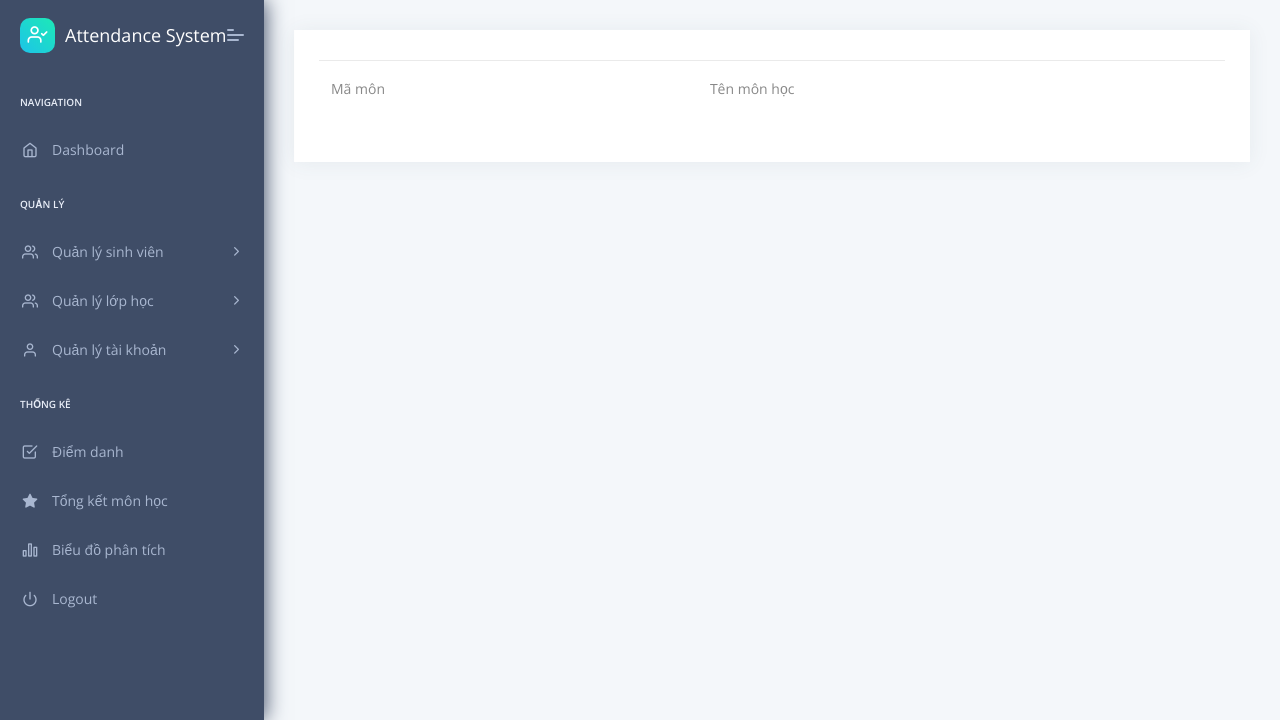
Repository: nguyen-tien-tai12112001/Python_Face_Recognition_Attendance
Page: apps/templates/home/teacher/list-teacher.html
These files come from the project's save history. The page is drawn as it stood at one moment and after the next save; the edit follows.
The browser window is 1280 px wide. The pictures show the whole page.
The template is drawn by Flask 3. The application's start-up code is not run. Other server files are loaded and not shown. The template is opened directly, without the code that normally fills it, so the values that code supplies are empty.

Above is the page before, as saved 2022-02-28 11:49:49.

### apps/templates/home/teacher/list-teacher.html

{% extends "layouts/base-admin.html" %}

{% block title %} List Student {% endblock %}

<!-- Specific CSS goes HERE -->
{% block stylesheets %}{% endblock stylesheets %}

{% block content %}

<div class="pcoded-content">
    <div class="pcoded-inner-content">

        <div class="main-body">
            <div class="page-wrapper">
                <!-- [ Main Content ] start -->
                <div class="row">

                    <!-- [ stiped-table ] start -->
                    <div class="col-xl-12">
                        <div class="card">

                            <div class="card-block table-border-style">
                                <div class="table-responsive">
                                    <table class="table table-striped">
                                        <thead>
                                            <td>Mã môn</td>
                                           <td>Tên môn học</td>


                                        </thead>
                                        {% for row in rows %}
                                        <tr>
                                            <td>{{ row.id }}</td>
                                            <td>{{ row.name }}</td>
                                            <td class="row">

                                                <div class="i-block" data-clipboard-text="feather icon-edit" data-filter="feather icon-edit"  data-toggle="tooltip" title="Edit">
                                                    <a href="/edit_student/{{ row.msv }}" class="feather icon-edit"></a>
                                                </div>|
                                                <div class="i-block" data-clipboard-text="feather icon-delete" data-filter="feather icon-delete"  data-toggle="tooltip" title="Delete">
                                                    <a style="color: maroon;" href="/delete_student/{{ row.msv }}" class="feather icon-delete"></a>
                                                </div>
                                        </tr>
                                     {% endfor %}
                                         </tbody>
                                     </table>

                                </div>
                            </div>
                        </div>
                    </div>
                    <!-- [ stiped-table ] end -->
                </div>
                <!-- [ Main Content ] end -->
            </div>
        </div>
    </div>
</div>

{% endblock content %}

<!-- Specific Page JS goes HERE  -->
{% block javascripts %}{% endblock javascripts %}

### apps/templates/layouts/base-admin.html
<!DOCTYPE html>
<html lang="en">

<head>
    <title>
        Attendance System - {% block title %}{% endblock %}
    </title>
    <!-- HTML5 Shim and Respond.js IE10 support of HTML5 elements and media queries -->
    <!-- WARNING: Respond.js doesn't work if you view the page via file:// -->
    <!--[if lt IE 10]>
		<script src="https://oss.maxcdn.com/libs/html5shiv/3.7.0/html5shiv.js"></script>
		<script src="https://oss.maxcdn.com/libs/respond.js/1.4.2/respond.min.js"></script>
		<![endif]-->
    <!-- Meta -->
    <meta charset="utf-8">
    <meta name="viewport" content="width=device-width, initial-scale=1.0, user-scalable=0, minimal-ui">
    <meta http-equiv="X-UA-Compatible" content="IE=edge" />
    <link rel="canonical" href="https://appseed.us/admin-dashboards/flask-dashboard-dattaable">

    <meta name="description" content="Datta Able Bootstrap admin template made using Bootstrap 4 and it has huge amount of ready made feature, UI components, pages which completely fulfills any dashboard needs." />
    <meta name="keywords" content="admin templates, bootstrap admin templates, bootstrap 4, dashboard, dashboard templets, sass admin templets, html admin templates, responsive, bootstrap admin templates free download,premium bootstrap admin templates, datta able, datta able bootstrap admin template, free admin theme, free dashboard template"/>
    <meta name="author" content="CodedThemes"/>

    <!-- Favicon icon -->
    <link rel="icon" href="/static/assets/images/favicon.ico" type="image/x-icon">
    <!-- fontawesome icon -->
    <link rel="stylesheet" href="/static/assets/fonts/fontawesome/css/fontawesome-all.min.css">
    <!-- animation css -->
    <link rel="stylesheet" href="/static/assets/plugins/animation/css/animate.min.css">
    <!-- vendor css -->
    <link rel="stylesheet" href="/static/assets/css/style.css">

    <!-- Specific CSS goes HERE -->
    {% block stylesheets %}{% endblock stylesheets %}

</head>

<body>

    <!-- [ Pre-loader ] start -->
    <div class="loader-bg">
        <div class="loader-track">
            <div class="loader-fill"></div>
        </div>
    </div>

    <!-- Top Bar -->
    {% include 'includes/navigation.html' %}

    <!-- SideBar -->
    {% include 'includes/sidebar-admin.html' %}

    <div class="pcoded-main-container">
        <div class="pcoded-wrapper">

            {% block content %}{% endblock content %}

        </div>
    </div>

    {% include 'includes/scripts.html' %}

    <!-- Specific Page JS goes HERE  -->
    {% block javascripts %}{% endblock javascripts %}

</body>
</html>

### apps/templates/includes/sidebar-admin.html

    <nav class="pcoded-navbar">
        <div class="navbar-wrapper">
            <div class="navbar-brand header-logo">
                <a target="_blank"
                   href="https://appseed.us/admin-dashboards/flask-datta-able" class="b-brand">
                    <div class="b-bg">
                        <i class="feather icon-user-check"></i>
                    </div>
                    <span class="b-title">Attendance System</span>
                </a>
                <a class="mobile-menu" id="mobile-collapse" href="javascript:"><span></span></a>
            </div>
            <div class="navbar-content scroll-div">
                <ul class="nav pcoded-inner-navbar">
                    <li class="nav-item pcoded-menu-caption">
                        <label>Navigation</label>
                    </li>
                    <li data-username=""
                        class="nav-item {% if 'index' in segment %} active {% endif %}">
                        <a href="/index" class="nav-link "><span class="pcoded-micon"><i class="feather icon-home"></i></span><span class="pcoded-mtext">Dashboard</span></a>
                    </li>
                    <li class="nav-item pcoded-menu-caption">
                        <label>Quản lý</label>
                    </li>
                    <li data-username="" class="nav-item pcoded-hasmenu">
                        <a href="javascript:" class="nav-link "><span class="pcoded-micon"><i class="feather icon-users"></i></span><span class="pcoded-mtext">Quản lý sinh viên</span></a>
                        <ul class="pcoded-submenu">
                            <li class=""><a href="/list-student.html" class="">Danh sách sinh viên</a></li>
                            <li class=""><a href="/add-student.html" class="">Thêm sinh viên mới</a></li>

                        </ul>
                    </li>

                    <li data-username="" class="nav-item pcoded-hasmenu">
                        <a href="javascript:" class="nav-link "><span class="pcoded-micon"><i class="feather icon-users"></i></span><span class="pcoded-mtext">Quản lý lớp học</span></a>
                        <ul class="pcoded-submenu">
                            <li class=""><a href="/list-student.html" class="">Danh sách lớp học</a></li>
                            <li class=""><a href="/add-student.html" class="">Thêm sinh viên mới</a></li>

                        </ul>
                    </li>



                    <li data-username="" class="nav-item pcoded-hasmenu">
                        <a href="javascript:" class="nav-link "><span class="pcoded-micon"><i class="feather icon-user"></i></span><span class="pcoded-mtext">Quản lý tài khoản</span></a>
                        <ul class="pcoded-submenu">
                            <li class=""><a href="/list-user" class="">Danh sách tài khoản</a></li>
                            <li class=""><a href="/register.html" class="">Thêm tài khoản mới</a></li>

                        </ul>
                    </li>
                    <li class="nav-item pcoded-menu-caption">
                        <label>Thống kê</label>
                    </li>
                    <li data-username="Table bootstrap datatable footable"
                        class="nav-item {% if 'attendance_check' in segment %} active {% endif %}">
                        <a href="/attendance_check" class="nav-link "><span class="pcoded-micon"><i class="feather icon-check-square"></i></span><span class="pcoded-mtext">Điểm danh</span></a>
                    </li>

                    <li data-username="Table bootstrap datatable footable"
                        class="nav-item {% if 'summany_study' in segment %} active {% endif %}">
                        <a href="/summany_study" class="nav-link "><span class="pcoded-micon"><i class="feather icon-star-on"></i></span><span class="pcoded-mtext">Tổng kết môn học</span></a>
                    </li>
                    <li data-username="Table bootstrap datatable footable"
                        class="nav-item {% if 'chart_analysis' in segment %} active {% endif %}">
                        <a href="/chart_analysis" class="nav-link "><span class="pcoded-micon"><i class="feather icon-bar-chart-2"></i></span><span class="pcoded-mtext">Biểu đồ phân tích</span></a>
                    </li>
                    <li data-username="Disabled Menu" class="nav-item">
                        <a href="{{ url_for('authentication_blueprint.logout') }}" class="nav-link">
                            <span class="pcoded-micon"><i class="feather icon-power"></i></span><span class="pcoded-mtext">Logout</span>
                        </a>
                    </li>
                </ul>
            </div>
        </div>
    </nav>

Loaded but not shown: apps/templates/includes/navigation.html (common file); apps/templates/includes/scripts.html (common file); apps/static/assets/fonts/fontawesome/css/fontawesome-all.min.css (library); apps/static/assets/plugins/animation/css/animate.min.css (library); apps/static/assets/css/style.css (library); apps/static/assets/js/vendor-all.min.js (library); apps/static/assets/plugins/bootstrap/js/bootstrap.min.js (library); apps/static/assets/js/pcoded.min.js (library); apps/static/assets/plugins/bootstrap/css/bootstrap.min.css (library); apps/static/assets/fonts/feather/css/feather.css (common file); apps/static/assets/plugins/jquery-scrollbar/css/jquery.scrollbar.min.css (common file); apps/static/assets/fonts/datta/datta-icon.css (common file)

After the next save:
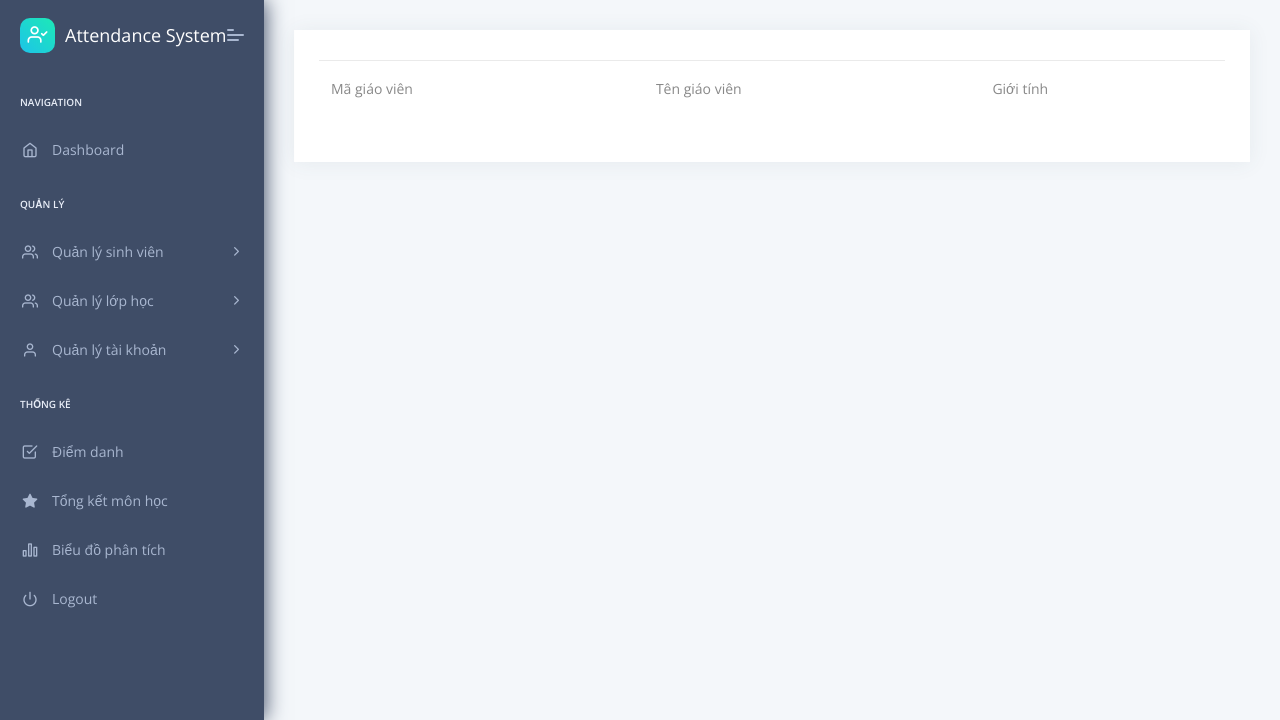
Saved 40 s later.
--- a/apps/templates/home/teacher/list-teacher.html
+++ b/apps/templates/home/teacher/list-teacher.html
@@ -24,8 +24,9 @@
                                 <div class="table-responsive">
                                     <table class="table table-striped">
                                         <thead>
-                                            <td>Mã môn</td>
-                                           <td>Tên môn học</td>
+                                            <td>Mã giáo viên</td>
+                                           <td>Tên giáo viên</td>
+                                           <td>Giới tính</td>
 
 
                                         </thead>
